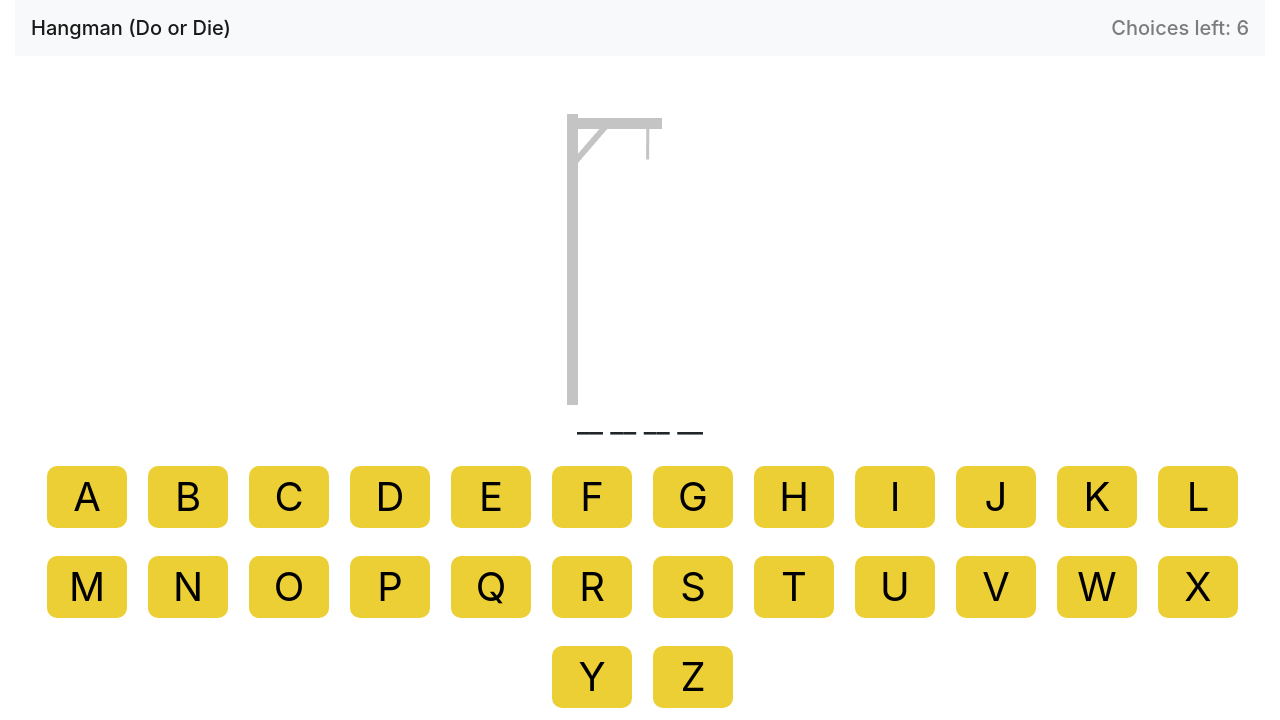
Repository: jatinhchanchlani/hangman
Page: /
An editor plug-in stored every save of this project. The page is shown before and after the next save, followed by the edit.
The browser window is 1280 px wide. The pictures show the whole page.
The project was rebuilt for these pictures with package versions that can differ from the ones it lists, and the page was loaded fresh each time. Also part of the build but not shown: src/App.css, src/components/playAgain.jsx.

Above is the page before, as saved 2020-10-25 21:05:10.

### src/index.js
import React from 'react';
import ReactDOM from 'react-dom';
import './index.css';
import App from './App';
import * as serviceWorker from './serviceWorker';
import 'bootstrap/dist/css/bootstrap.css';

ReactDOM.render( <
  React.StrictMode >
  <
  App / >
  <
  /React.StrictMode>,
  document.getElementById('root')
);

// If you want your app to work offline and load faster, you can change
// unregister() to register() below. Note this comes with some pitfalls.
// Learn more about service workers: https://bit.ly/CRA-PWA
serviceWorker.unregister();

### src/App.js
import React from 'react';
import './App.css';
import Game from './components/game';

function App() {
  return ( <
    Game / >
  );
}

export default App;

### src/components/game.jsx
import React, { Component } from "react";
import Header from "./header";
import PlayAgain from "./playAgain";
import { getOutputCharacters } from "../model/cities";
import OutputCharacters from "./outputCharacters";
import Hangman from "./image";
import InputCharacters from "./inputCharacters";

const MAX_CHOICES = 6;

class Game extends Component {
  state = {
    maxChoices: MAX_CHOICES,
    choicesLeft: MAX_CHOICES,
    outputCharacters: getOutputCharacters(),
    inputCharacters: this.getAllLetters(),
  };

  render() {
    return (
      <div className="container-fluid">
        <Header choicesLeft={this.state.choicesLeft} />

        <div className="text-center">
          <Hangman
            choicesLeft={this.state.choicesLeft}
            maxChoices={this.state.maxChoices}
          />
        </div>

        <div className="text-center">
          <OutputCharacters
            characters={this.state.outputCharacters}
            gameLost={this.gameLost()}
          />
        </div>

        <div className="text-center">
          <InputCharacters
            characters={this.state.inputCharacters}
            onClick={(character) => this.handleInputCharacterClicked(character)}
            gameWon={this.gameWon()}
            gameLost={this.gameLost()}
          />

          <PlayAgain
            gameWon={this.gameWon()}
            gameLost={this.gameLost()}
            onClick={() => this.handleReset()}
          />
        </div>
      </div>
    );
  }

  handleInputCharacterClicked(character) {
    if (character.canClick) {
      const { outputCharacters, inputCharacters, choicesLeft } = this.state;
      outputCharacters
        .filter((c) => c.value.toUpperCase() === character.value)
        .map((c) => (c.guessed = true));

      const letterMatch = outputCharacters.some(
        (c) => c.value.toUpperCase() === character.value
      );

      const choices = letterMatch ? choicesLeft : choicesLeft - 1;

      const l = inputCharacters.indexOf(character);
      inputCharacters[l].canClick = false;
      this.setState({
        choicesLeft: choices,
        inputCharacters: inputCharacters,
        outputCharacters: outputCharacters,
      });
    }
  }

  gameWon() {
    return this.state.outputCharacters.every((c) => c.guessed === true);
  }

  gameLost() {
    return this.state.choicesLeft === 0;
  }

  handleReset() {
    this.setState({
      maxChoices: MAX_CHOICES,
      choicesLeft: MAX_CHOICES,
      outputCharacters: getOutputCharacters(),
      inputCharacters: this.getAllLetters(),
    });
  }

  getAllLetters() {
    return Array(26)
      .fill()
      .map((_, index) => String.fromCharCode("A".charCodeAt(0) + index))
      .map((char) => ({ value: char, canClick: true }));
  }
}

export default Game;

### src/components/header.jsx
import React, { Component } from "react";

class Header extends Component {
  render() {
    return (
      <nav className="navbar navbar-light bg-light d-flex flex-column flex-sm-row">
        <span className="navbar-brand mb-0 h1">Hangman (Do or Die)</span>
        <span className="mb-0 h5 navbar-text nav-item">
          Choices left: {this.props.choicesLeft}
        </span>
      </nav>
    );
  }
}

export default Header;

### src/model/cities.js
const MIN = 0;
const MAX = 24;

const cities = {
    0: "Mumbai",
    1: "New Delhi",
    2: "Chennai",
    3: "Hyderabad",
    4: "Bengaluru",
    5: "Ahmedabad",
    6: "Jaipur",
    7: "Kolkata",
    8: "Lucknow",
    9: "Bhopal",
    10: "Chandigarh",
    11: "Patna",
    12: "Jabalpur",
    13: "Pune",
    14: "Surat",
    15: "Indore",
    16: "Kanpur",
    17: "Visakhapatnam",
    18: "Agra",
    19: "Varanasi",
    20: "Amritsar",
    21: "Udaipur",
    22: "Noida",
    23: "Ludhiana",
    24: "Gwalior",
}

// Returns a random number between min and max. Min and max are both inclusive
export function getRandomIntInclusive(min, max) {
    min = Math.ceil(min);
    max = Math.floor(max);
    return Math.floor(Math.random() * (max - min + 1) + min);
}

export function getOutputCharacters() {
    const city = cities[getRandomIntInclusive(MIN, MAX)];
    return [...city].map(c => ({
        value: c,
        guessed: false
    }));
}

### src/components/outputCharacters.jsx
import React, { Component } from "react";

class OutputCharacters extends Component {
  render() {
    const { characters, gameLost } = this.props;
    console.log(characters);
    return (
      <React.Fragment>
        <h3>{characters.map((c) => this.getCharacter(c, gameLost))}</h3>
      </React.Fragment>
    );
  }

  getCharacter(character, gameLost) {
    const emptySpace = "        ";
    if (character.value === " ") {
      return emptySpace;
    } else {
      if (character.guessed || gameLost) {
        return character.value.toUpperCase() + emptySpace;
      } else {
        return "__" + emptySpace;
      }
    }
  }
}

export default OutputCharacters;

### src/components/image.jsx
import React, { Component } from "react";

class Image extends Component {
  render() {
    const { choicesLeft, maxChoices } = this.props;
    const imagePath = maxChoices - choicesLeft + ".jpg";
    return <img src={require("../images/" + imagePath)} alt={imagePath} />;
  }
}

export default Image;

### src/components/inputCharacters.jsx
import React, { Component } from "react";
import "../css/letters.css";

class InputCharacters extends Component {
  render() {
    const { characters, gameWon, gameLost } = this.props;
    console.log(gameWon);
    if (gameWon || gameLost) {
      return null;
    } else {
      return characters.map((character) => (
        <button
          key={character.value}
          className="letter-button"
          style={{ backgroundColor: this.getBackground(character) }}
          onClick={() => this.props.onClick(character)}
        >
          {character.value}
        </button>
      ));
    }
  }

  getBackground(character) {
    if (character.canClick) {
      return "#ebcf34";
    } else {
      return "Red";
    }
  }
}

export default InputCharacters;

### src/css/letters.css
.letter-button {
    border: none;
    font-family: inherit;
    font-size: 2.5rem;
    cursor: pointer;
    width: 5rem;
    margin: 18px 8px 10px 13px;
    letter-spacing: 0;
    outline: none !important;
    color: #000;
    border-radius: 10px;
}

.letter-button:hover {
    box-shadow: 0 12px 16px 0 rgba(0, 0, 0, 0.24), 0 17px 50px 0 rgba(0, 0, 0, 0.19);
}

Loaded but not shown: public/index.html (common file); src/index.css (common file); src/serviceWorker.js (common file)

After the next save:
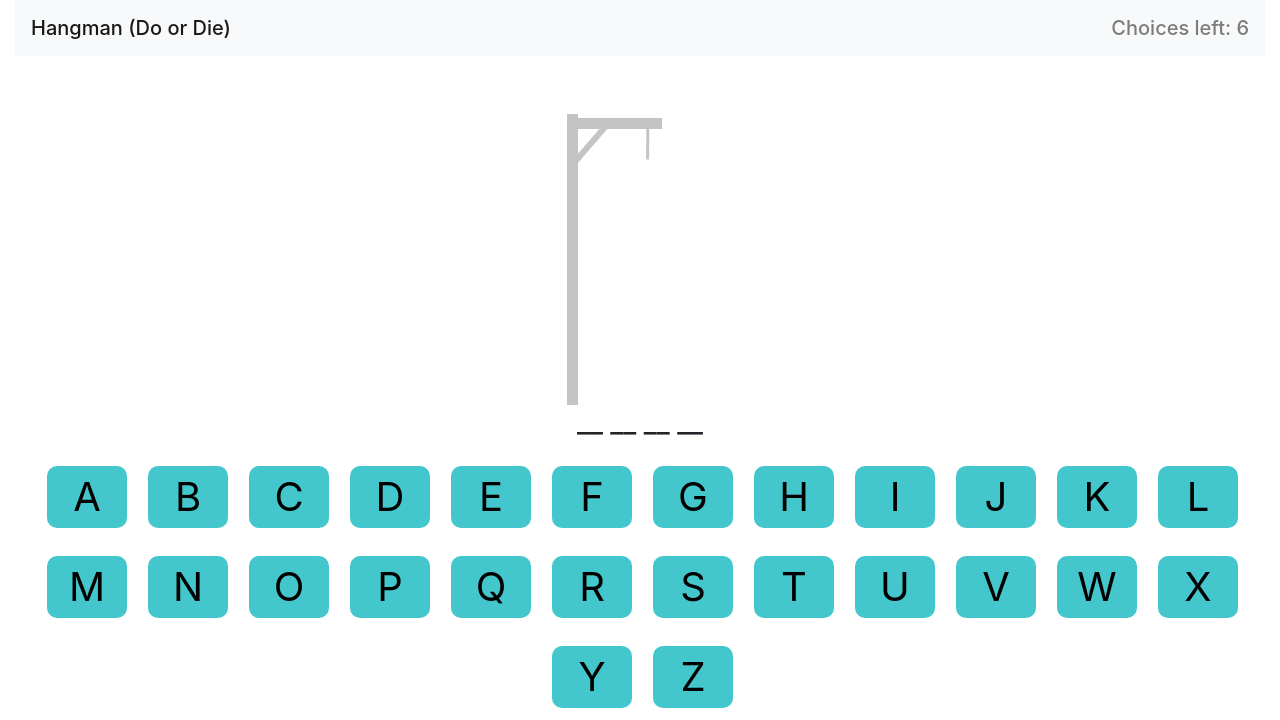
Saved 29 s later.
--- a/src/components/inputCharacters.jsx
+++ b/src/components/inputCharacters.jsx
@@ -23,7 +23,7 @@ class InputCharacters extends Component {
 
   getBackground(character) {
     if (character.canClick) {
-      return "#ebcf34";
+      return "#43c7cc";
     } else {
       return "Red";
     }
